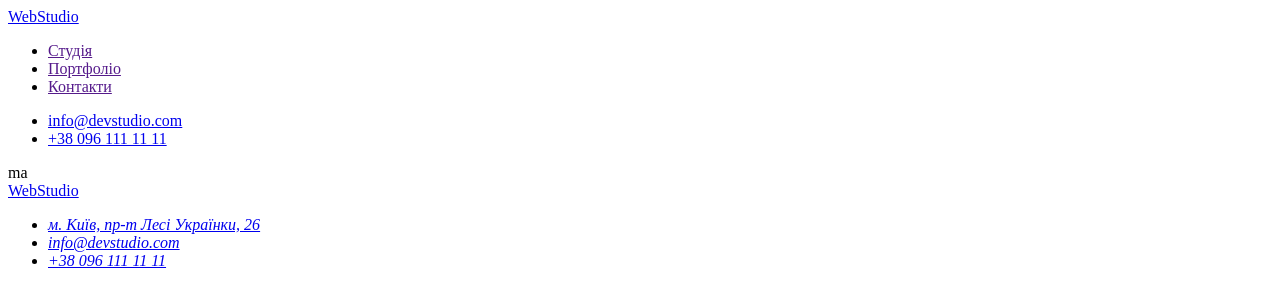
Repository: Mariia2811/goit-markup-hw-03
Page: portfolio.html
The author's editor kept a copy of each file at every save. The page is drawn from the files as they stood at one save, then again after the next save.
The browser window is 1280 px wide. The pictures show the whole page.

Above is the page before, as saved 2022-11-24 19:46:12.

After the next save:
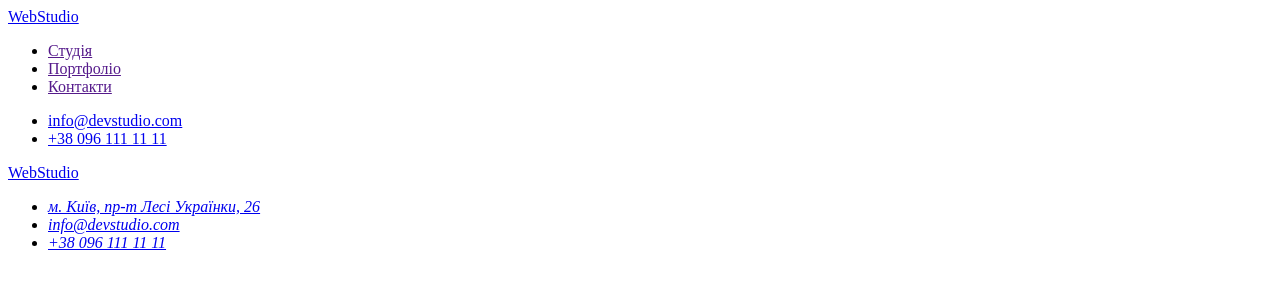
Saved 2 s later.
--- a/portfolio.html
+++ b/portfolio.html
@@ -21,7 +21,9 @@
           <li><a href="tel:+380961111111">+38 096 111 11 11</a></li>
         </ul>
     </header>
-    ma
+    <main>
+
+    </main>
     <footer>
         <a href="./index.html">WebStudio</a>
         <address>
